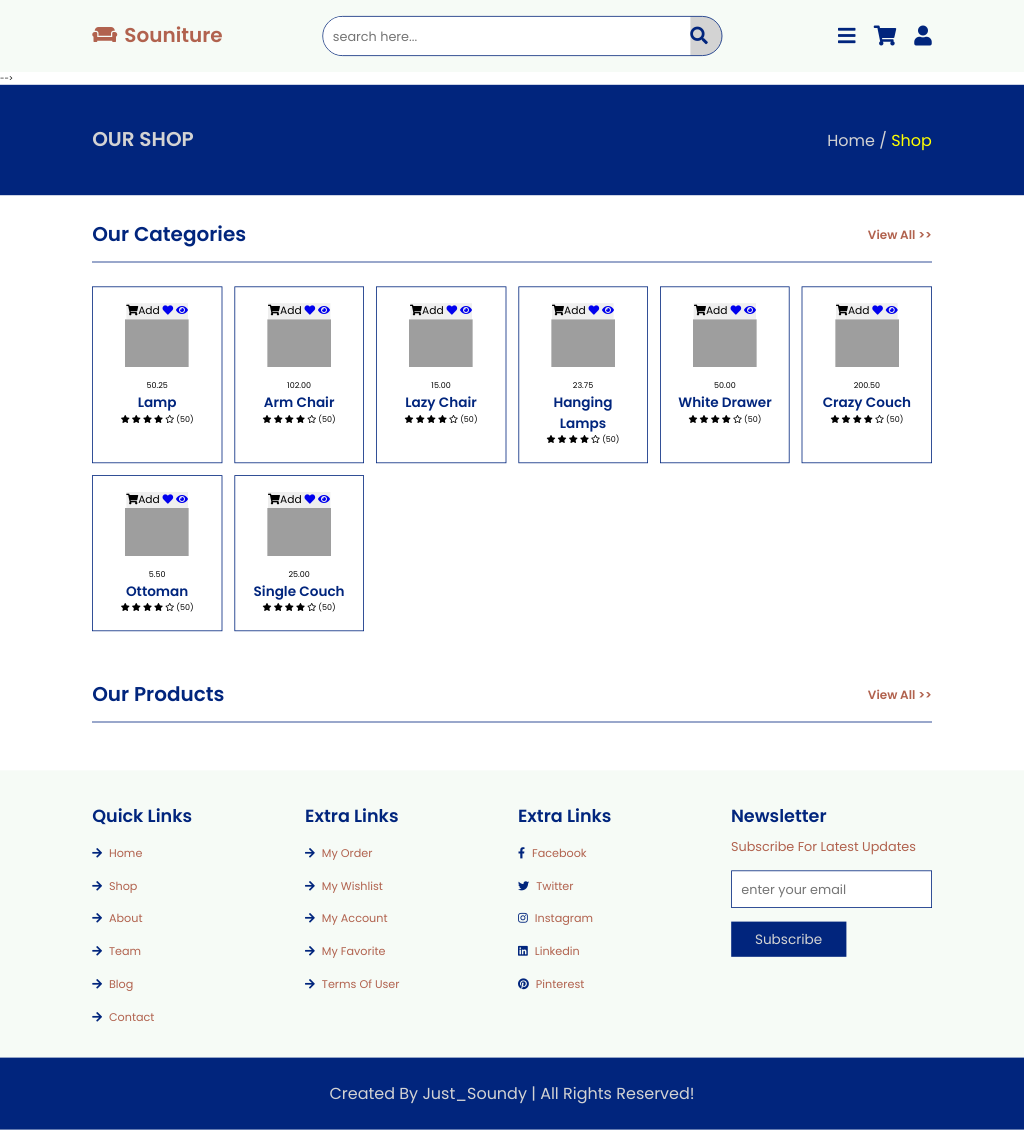
Repository: spencersoundy/furniture-store
Page: shop.html
An editor plug-in stored every save of this project. The page is shown before and after the next save, followed by the edit.
The browser window is 1280 px wide. The pictures show the whole page, at 80% of full size.
Pictures or frames that could not be fetched are drawn as grey boxes.

Above is the page before, as saved 2023-05-02 15:24:14.
Console error: TypeError: Cannot read properties of null (reading 'addEventListener')

### shop.html
<!DOCTYPE html>
<html lang="en">
<head>
    <meta charset="UTF-8">
    <meta http-equiv="X-UA-Compatible" content="IE=edge">
    <meta name="viewport" content="width=device-width, initial-scale=1.0">
    <title>shop</title>

    <!-- font awesome cdn link  -->
    <link rel="stylesheet" href="https://cdnjs.cloudflare.com/ajax/libs/font-awesome/5.15.4/css/all.min.css">

    <!-- custom css file link  -->
    <link rel="stylesheet" href="css/style.css">

</head>
<body>

<!-- header section starts  -->

<header class="header">

    <a href="home.html" class="logo"> <i class="fas fa-couch"></i> Souniture </a>

    <form action="" class="search-form">
        <input type="search" placeholder="search here..." id="search-box">
        <label for="search-box" class="fas fa-search"></label>
    </form>

    <div class="icons">
        <div id="menu-btn" class="fas fa-bars"></div>
        <div id="search-btn" class="fas fa-search"></div>
        <div id="cart-btn" class="fas fa-shopping-cart"></div>
        <div id="login-btn" class="fas fa-user"></div>
    </div>

</header>

<!-- header section ends  -->

<!-- closer btn  -->

<div id="closer" class="fas fa-times"></div>

<!-- navbar  -->

<nav class="navbar">
    <a href="home.html">home</a>
    <a href="shop.html">shop</a>
    <a href="about.html">about</a>
    <a href="team.html">team</a>
    <a href="blog.html">blog</a>
    <a href="contact.html">contact</a>
</nav>

<!-- shopping cart  -->

<div class="shopping-cart">

    <div class="box">
        <i class="fas fa-times"></i>
        <img src="image/cart-img-1.jpg" alt="">
        <div class="content">
            <h3>morden furniture</h3>
            <span class="quantity"> 1 </span>
            <span class="multiply"> x </span>
            <span class="price"> $140.00 </span>
        </div>
    </div>

     <div class="box">
        <i class="fas fa-times"></i>
        <img src="image/cart-img-2.jpg" alt="">
        <div class="content">
            <h3>morden furniture</h3>
            <span class="quantity"> 1 </span>
            <span class="multiply"> x </span>
            <span class="price"> $140.00 </span>
        </div>
    </div>

    <div class="box">
        <i class="fas fa-times"></i>
        <img src="image/cart-img-3.jpg" alt="">
        <div class="content">
            <h3>morden furniture</h3>
            <span class="quantity"> 1 </span>
            <span class="multiply"> x </span>
            <span class="price"> $140.00 </span>
        </div>
    </div>

    <div class="box">
        <i class="fas fa-times"></i>
        <img src="image/cart-img-4.jpg" alt="">
        <div class="content">
            <h3>morden furniture</h3>
            <span class="quantity"> 1 </span>
            <span class="multiply"> x </span>
            <span class="price"> $140.00 </span>
        </div>
    </div>

    <h3 class="total"> total : <span>$560.00</span> </h3>

    <a href="#" class="btn">checkout cart</a>

</div> -->

<!-- login form  -->

<div class="login-form">

    <form action="">
        <h3>login form</h3>
        <input type="email" placeholder="enter your email" class="box">
        <input type="password" placeholder="enter your password" class="box">
        <div class="remember">
            <input type="checkbox" name="" id="remember-me">
            <label for="remember-me">remember me</label>
        </div>
        <input type="submit" value="login now" class="btn">
        <p>forget password? <a href="#">click here</a></p>
        <p>don't have an account? <a href="#">create now</a></p>
    </form>

</div>

<section class="heading">
    <h3>our shop</h3>
    <p> <a href="home.html">home</a> / <span>shop</span> </p>
</section>

<section class="category">

    <h1 class="title"> <span>our categories</span> <a href="#">view all >></a> </h1>

    <div class="box-container">

        <a href="#" class="box">
            <img src="image/icon-1.png" alt="">
            <h3>house sofa</h3>
        </a>

        <a href="#" class="box">
            <img src="image/icon-2.png" alt="">
            <h3>working table</h3>
        </a>

        <a href="#" class="box">
            <img src="image/icon-3.png" alt="">
            <h3>corner table</h3>
        </a>

        <a href="#" class="box">
            <img src="image/icon-4.png" alt="">
            <h3>office chair</h3>
        </a>

        <a href="#" class="box">
            <img src="image/icon-5.png" alt="">
            <h3>new wardrobe</h3>
        </a>

    </div>

</section>

<section class="products">

    <h1 class="title"> <span>our products</span> <a href="#">view all >></a> </h1>

    <div class="box-container">

        <!-- <div class="box">
            <div class="icons">
                <a href="#" class="fas fa-shopping-cart"></a>
                <a href="#" class="fas fa-heart"></a>
                <a href="#" class="fas fa-eye"></a>
            </div>
            <div class="image">
                <img src="image/product-1.jpg" alt="">
            </div>
            <div class="content">
                <div class="price">R2380.00</div>
                <h3>modern furniture</h3>
                <div class="stars">
                    <i class="fas fa-star"></i>
                    <i class="fas fa-star"></i>
                    <i class="fas fa-star"></i>
                    <i class="fas fa-star"></i>
                    <i class="far fa-star"></i>
                    <span> (50) </span>
                </div>
            </div>
        </div>

        <div class="box">
            <div class="icons">
                <a href="#" class="fas fa-shopping-cart"></a>
                <a href="#" class="fas fa-heart"></a>
                <a href="#" class="fas fa-eye"></a>
            </div>
            <div class="image">
                <img src="image/product-2.jpg" alt="">
            </div>
            <div class="content">
                <div class="price">R2380.00</div>
                <h3>modern furniture</h3>
                <div class="stars">
                    <i class="fas fa-star"></i>
                    <i class="fas fa-star"></i>
                    <i class="fas fa-star"></i>
                    <i class="fas fa-star"></i>
                    <i class="far fa-star"></i>
                    <span> (50) </span>
                </div>
            </div>
        </div>

        <div class="box">
            <div class="icons">
                <a href="#" class="fas fa-shopping-cart"></a>
                <a href="#" class="fas fa-heart"></a>
                <a href="#" class="fas fa-eye"></a>
            </div>
            <div class="image">
                <img src="image/product-3.jpg" alt="">
            </div>
            <div class="content">
                <div class="price">R2380.00</div>
                <h3>modern furniture</h3>
                <div class="stars">
                    <i class="fas fa-star"></i>
                    <i class="fas fa-star"></i>
                    <i class="fas fa-star"></i>
                    <i class="fas fa-star"></i>
                    <i class="far fa-star"></i>
                    <span> (50) </span>
                </div>
            </div>
        </div>

        <div class="box">
            <div class="icons">
                <a href="#" class="fas fa-shopping-cart"></a>
                <a href="#" class="fas fa-heart"></a>
                <a href="#" class="fas fa-eye"></a>
            </div>
            <div class="image">
                <img src="image/product-4.jpg" alt="">
            </div>
            <div class="content">
                <div class="price">R2380.00</div>
                <h3>modern furniture</h3>
                <div class="stars">
                    <i class="fas fa-star"></i>
                    <i class="fas fa-star"></i>
                    <i class="fas fa-star"></i>
                    <i class="fas fa-star"></i>
                    <i class="far fa-star"></i>
                    <span> (50) </span>
                </div>
            </div>
        </div>

        <div class="box">
            <div class="icons">
                <a href="#" class="fas fa-shopping-cart"></a>
                <a href="#" class="fas fa-heart"></a>
                <a href="#" class="fas fa-eye"></a>
            </div>
            <div class="image">
                <img src="image/product-5.jpg" alt="">
            </div>
            <div class="content">
                <div class="price">R2380.00</div>
                <h3>modern furniture</h3>
                <div class="stars">
                    <i class="fas fa-star"></i>
                    <i class="fas fa-star"></i>
                    <i class="fas fa-star"></i>
                    <i class="fas fa-star"></i>
                    <i class="far fa-star"></i>
                    <span> (50) </span>
                </div>
            </div>
        </div>

        <div class="box">
            <div class="icons">
                <a href="#" class="fas fa-shopping-cart"></a>
                <a href="#" class="fas fa-heart"></a>
                <a href="#" class="fas fa-eye"></a>
            </div>
            <div class="image">
                <img src="image/product-6.jpg" alt="">
            </div>
            <div class="content">
                <div class="price">R2380.00</div>
                <h3>modern furniture</h3>
                <div class="stars">
                    <i class="fas fa-star"></i>
                    <i class="fas fa-star"></i>
                    <i class="fas fa-star"></i>
                    <i class="fas fa-star"></i>
                    <i class="far fa-star"></i>
                    <span> (50) </span>
                </div>
            </div>
        </div>

        <div class="box">
            <div class="icons">
                <a href="#" class="fas fa-shopping-cart"></a>
                <a href="#" class="fas fa-heart"></a>
                <a href="#" class="fas fa-eye"></a>
            </div>
            <div class="image">
                <img src="image/product-7.jpg" alt="">
            </div>
            <div class="content">
                <div class="price">R2380.00</div>
                <h3>modern furniture</h3>
                <div class="stars">
                    <i class="fas fa-star"></i>
                    <i class="fas fa-star"></i>
                    <i class="fas fa-star"></i>
                    <i class="fas fa-star"></i>
                    <i class="far fa-star"></i>
                    <span> (50) </span>
                </div>
            </div>
        </div>

        <div class="box">
            <div class="icons">
                <a href="#" class="fas fa-shopping-cart"></a>
                <a href="#" class="fas fa-heart"></a>
                <a href="#" class="fas fa-eye"></a>
            </div>
            <div class="image">
                <img src="image/product-8.jpg" alt="">
            </div>
            <div class="content">
                <div class="price">R2380.00</div>
                <h3>modern furniture</h3>
                <div class="stars">
                    <i class="fas fa-star"></i>
                    <i class="fas fa-star"></i>
                    <i class="fas fa-star"></i>
                    <i class="fas fa-star"></i>
                    <i class="far fa-star"></i>
                    <span> (50) </span>
                </div>
            </div>
        </div>-->

    </div>

</section>




















<!-- footer section  -->

<section class="footer">

    <div class="box-container">

        <div class="box">
            <h3>quick links</h3>
            <a href="home.html"> <i class="fas fa-arrow-right"></i> home</a>
            <a href="shop.html"> <i class="fas fa-arrow-right"></i> shop</a>
            <a href="about.html"> <i class="fas fa-arrow-right"></i> about</a>
            <a href="team.html"> <i class="fas fa-arrow-right"></i> team</a>
            <a href="blog.html"> <i class="fas fa-arrow-right"></i> blog</a>
            <a href="contact.html"> <i class="fas fa-arrow-right"></i> contact</a>
        </div>

        <div class="box">
            <h3>extra links</h3>
            <a href="#"> <i class="fas fa-arrow-right"></i> my order</a>
            <a href="#"> <i class="fas fa-arrow-right"></i> my wishlist</a>
            <a href="#"> <i class="fas fa-arrow-right"></i> my account</a>
            <a href="#"> <i class="fas fa-arrow-right"></i> my favorite</a>
            <a href="#"> <i class="fas fa-arrow-right"></i> terms of user</a>
        </div>

        <div class="box">
            <h3>extra links</h3>
            <a href="#"> <i class="fab fa-facebook-f"></i> facebook</a>
            <a href="#"> <i class="fab fa-twitter"></i> twitter</a>
            <a href="#"> <i class="fab fa-instagram"></i> instagram</a>
            <a href="#"> <i class="fab fa-linkedin"></i> linkedin</a>
            <a href="#"> <i class="fab fa-pinterest"></i> pinterest</a>
        </div>

        <div class="box">
            <h3>newsletter</h3>
            <p>subscribe for latest updates</p>
            <form action="">
                <input type="email" name="" placeholder="enter your email" id="">
                <input type="submit" value="subscribe" class="btn">
            </form>
        </div>

    </div>

</section>

<section class="credit">
    created by Just_Soundy | all rights reserved!
</section>

<!-- custom js file link  -->
<script src="js/script.js"></script>

</body>
</html>

### js/script.js
let closer = document.querySelector('#closer');

closer.onclick = () =>{
    closer.style.display = 'none';
    navbar.classList.remove('active');
    cart.classList.remove('active');
    loginForm.classList.remove('active');
}

let navbar = document.querySelector('.navbar');

document.querySelector('#menu-btn').onclick = () =>{
    closer.style.display = 'block';
    navbar.classList.toggle('active');
}

let cart = document.querySelector('.shopping-cart');

document.querySelector('#cart-btn').onclick = () =>{
    closer.style.display = 'block';
    cart.classList.toggle('active');
}

let loginForm = document.querySelector('.login-form');

document.querySelector('#login-btn').onclick = () =>{
    closer.style.display = 'block';
    loginForm.classList.toggle('active');
}

let searchForm = document.querySelector('.header .search-form');

document.querySelector('#search-btn').onclick = () =>{
    searchForm.classList.toggle('active');
}

window.onscroll = () =>{
    searchForm.classList.remove('active');
}

let slides = document.querySelectorAll('.home .slides-container .slide');
let index = 0;

function next(){
    slides[index].classList.remove('active');
    index = (index + 1) % slides.length;
    slides[index].classList.add('active');
}

function prev(){
    slides[index].classList.remove('active');
    index = (index - 1 + slides.length) % slides.length;
    slides[index].classList.add('active');
}

// variables and constants
const cartContainer = document.querySelector('.cart-container');
const productList = document.querySelector('.box-container');
const cartList = document.querySelector('.cart-list');
const cartTotalValue = document.getElementById('cart-total-value');
const cartCountInfo = document.getElementById('cart-count-info');
let cartItemID = 1;

eventListeners();

// all event listeners
function eventListeners(){
    window.addEventListener('DOMContentLoaded', () => {
        loadJSON();
        loadCart();
    });
    // toggle navbar when toggle button is clicked
    document.querySelector('.navbar-toggler').addEventListener('click', () => {
        document.querySelector('.navbar-collapse').classList.toggle('show-navbar');
    });

    // show/hide cart container
    document.getElementById('cart-btn').addEventListener('click', () => {
        cartContainer.classList.toggle('show-cart-container');
    });

    // add to cart
    productList.addEventListener('click', purchaseProduct);

    // delete from cart
    cartList.addEventListener('click', deleteProduct);
}

// update cart info
function updateCartInfo(){
    let cartInfo = findCartInfo();
    cartCountInfo.textContent = cartInfo.productCount;
    cartTotalValue.textContent = cartInfo.total;
}

// load product items content form JSON file
function loadJSON(){
    fetch('furniture.json')
    .then(response => response.json())
    .then(data =>{
        let html = '';
        data.forEach(product => {
            html += `
             <div class="box">
                <div class="icons">
                <button type= "button" class = "add-to-cart-btn">
                    <i  class="fas fa-shopping-cart"></i>Add
                    <a href="#" class="fas fa-heart"></a>
                    <a href="#" class="fas fa-eye"></a>
                </div>
                <div class="image">
                    <img src="${product.Imgsrc}" alt="">
                </div>
                <div class="content">
                    <div class="price">${product.price}</div>
                    <h3>${product.name}</h3>
                    <div class="stars">
                        <i class="fas fa-star"></i>
                        <i class="fas fa-star"></i>
                        <i class="fas fa-star"></i>
                        <i class="fas fa-star"></i>
                        <i class="far fa-star"></i>
                        <span> (50) </span>
                    </div>
                </div>
            </div>
            `;
        });
        productList.innerHTML = html;
    })
    //.catch(error => {
      //  alert(`User live server or local server`);
        //URL scheme must be "http" or "https" for CORS request. You need to be serving your index.html locally or have your site hosted on a live server somewhere for the Fetch API to work properly.
   // })
}


// purchase product
function purchaseProduct(e){
    if(e.target.classList.contains('add-to-cart-btn')){
        let product = e.target.parentElement.parentElement;
        getProductInfo(product);
    }
}

// get product info after add to cart button click
function getProductInfo(product){
    let productInfo = {
        id: cartItemID,
        imgSrc: product.querySelector('.product-img img').src,
        name: product.querySelector('.product-name').textContent,
        category: product.querySelector('.product-category').textContent,
        price: product.querySelector('.product-price').textContent
    }
    cartItemID++;
    addToCartList(productInfo);
    saveProductInStorage(productInfo);
}

// add the selected product to the cart list
function addToCartList(product){
    const cartItem = document.createElement('div');
    cartItem.classList.add('cart-item');
    cartItem.setAttribute('data-id', `${product.id}`);
    cartItem.innerHTML = `
        <img src = "${product.imgSrc}" alt = "product image">
        <div class = "cart-item-info">
            <h3 class = "cart-item-name">${product.name}</h3>
            <span class = "cart-item-category">${product.category}</span>
            <span class = "cart-item-price">${product.price}</span>
        </div>

        <button type = "button" class = "cart-item-del-btn">
            <i class = "fas fa-times"></i>
        </button>
    `;
    cartList.appendChild(cartItem);
}

// save the product in the local storage
function saveProductInStorage(item){
    let products = getProductFromStorage();
    products.push(item);
    localStorage.setItem('products', JSON.stringify(products));
    updateCartInfo();
}

// get all the products info if there is any in the local storage
function getProductFromStorage(){
    return localStorage.getItem('products') ? JSON.parse(localStorage.getItem('products')) : [];
    // returns empty array if there isn't any product info
}

// load carts product
function loadCart(){
    let products = getProductFromStorage();
    if(products.length < 1){
        cartItemID = 1; // if there is no any product in the local storage
    } else {
        cartItemID = products[products.length - 1].id;
        cartItemID++;
        // else get the id of the last product and increase it by 1
    }
    products.forEach(product => addToCartList(product));

    // calculate and update UI of cart info
    updateCartInfo();
}

// calculate total price of the cart and other info
function findCartInfo(){
    let products = getProductFromStorage();
    let total = products.reduce((acc, product) => {
        let price = parseFloat(product.price.substr(1)); // removing dollar sign
        return acc += price;
    }, 0); // adding all the prices

    return{
        total: total.toFixed(2),
        productCount: products.length
    }
}

// delete product from cart list and local storage
function deleteProduct(e){
    let cartItem;
    if(e.target.tagName === "BUTTON"){
        cartItem = e.target.parentElement;
        cartItem.remove(); // this removes from the DOM only
    } else if(e.target.tagName === "I"){
        cartItem = e.target.parentElement.parentElement;
        cartItem.remove(); // this removes from the DOM only
    }

    let products = getProductFromStorage();
    let updatedProducts = products.filter(product => {
        return product.id !== parseInt(cartItem.dataset.id);
    });
    localStorage.setItem('products', JSON.stringify(updatedProducts)); // updating the product list after the deletion
    updateCartInfo();
}

Loaded but not shown: furniture.json (51 lines, source omitted); css/style.css (1189 lines, source omitted)

After the next save:
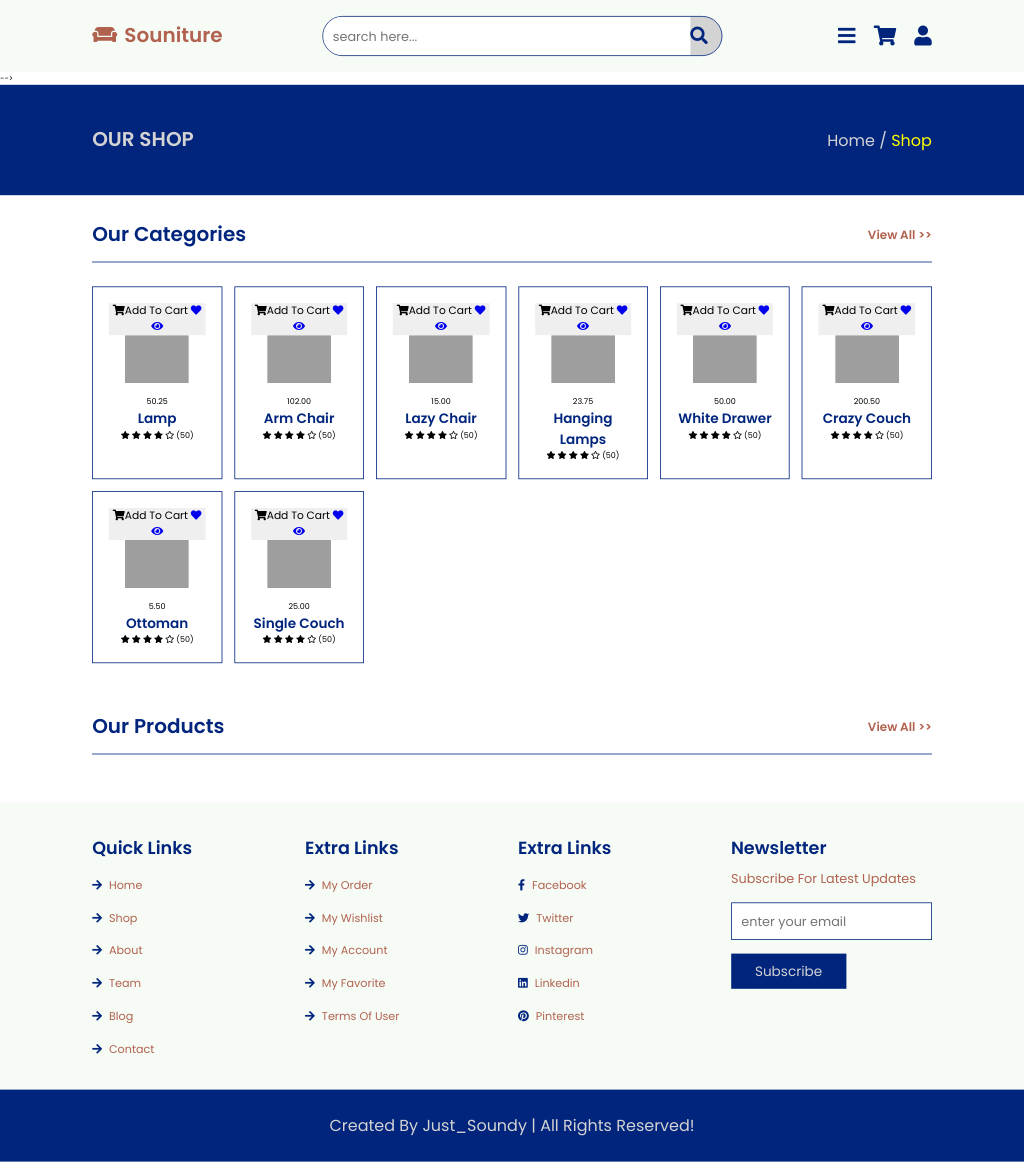
Saved 5 s later.
--- a/js/script.js
+++ b/js/script.js
@@ -104,7 +104,7 @@ function loadJSON(){
              <div class="box">
                 <div class="icons">
                 <button type= "button" class = "add-to-cart-btn">
-                    <i  class="fas fa-shopping-cart"></i>Add
+                    <i  class="fas fa-shopping-cart"></i>Add To Cart
                     <a href="#" class="fas fa-heart"></a>
                     <a href="#" class="fas fa-eye"></a>
                 </div>
